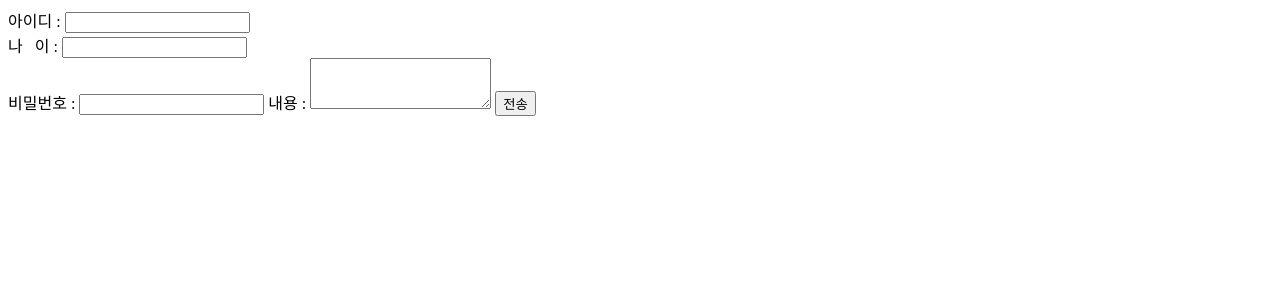
Repository: yjeongyjeong/jsp
Page: http://localhost/web-study-02/05_param.jsp
An editor plug-in stored every save of this project. The page is shown before and after the next save, followed by the edit.
The browser window is 1280 px wide. The pictures show the whole page.
The page is served by Tomcat 9.

Above is the page before, as saved 2023-10-10 07:25:04.

After the next save:
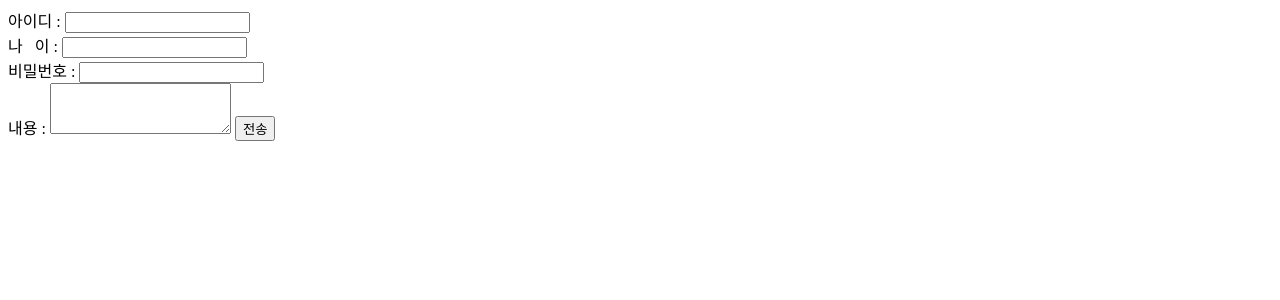
Saved 24 s later.
--- a/web-study-02/src/main/webapp/05_param.jsp
+++ b/web-study-02/src/main/webapp/05_param.jsp
@@ -15,7 +15,7 @@
 		<input type="text" name="id" id="id"><br>
 
 		나&nbsp;&nbsp;&nbsp;이 : <input type="text" name=age><br>
-		비밀번호 : <input type="password" name=password>
+		비밀번호 : <input type="password" name=password><br>
 		내용 : <textarea rows="3" cols="20"></textarea>
 		<input type="submit" value="전송" onclick = "return check()">
 	<!-- 전송버튼 클릭하면 check 함수가 실행되며 전송이 막힘 -->
